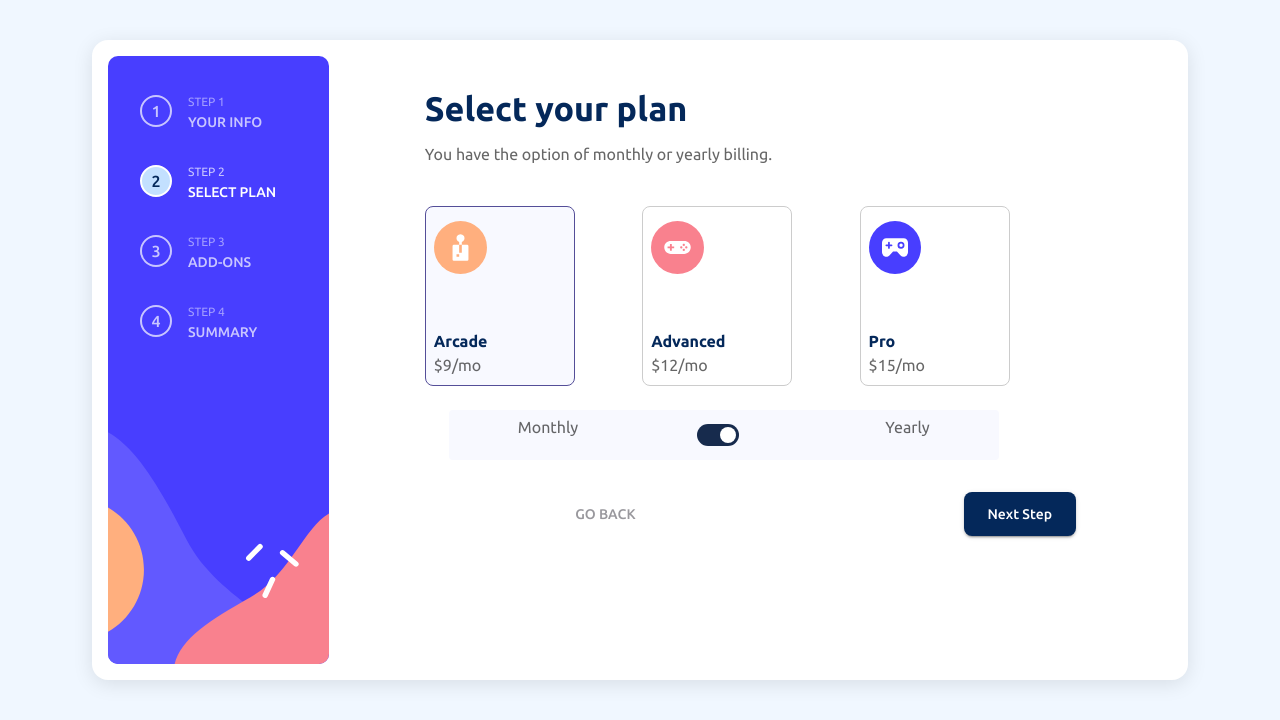
Repository: ozerrrs/chalange7days
Page: / (app in 7dayschalange/7dayschallange/), after clicking the first element matching `button.MuiButtonBase-root`
An editor plug-in stored every save of this project. The page is shown before and after the next save, followed by the edit.
The browser window is 1280 px wide. The pictures show the whole page.
The project was rebuilt for these pictures with package versions that can differ from the ones it lists, and the page was loaded fresh each time. Also part of the build but not shown: 7dayschalange/7dayschallange/vite.config.js.

Above is the page before, as saved 2025-03-06 21:24:14.

### 7dayschalange/7dayschallange/src/main.jsx
import * as React from "react";
import * as ReactDOM from "react-dom/client";
import { ThemeProvider } from "@mui/material/styles";
import { CssBaseline } from "@mui/material";
import theme from "./theme/theme";
import App from "./App";
import "./index.css";
ReactDOM.createRoot(document.getElementById("root")).render(
  <React.StrictMode>
    <ThemeProvider theme={theme}>
      <CssBaseline />
      <App />
    </ThemeProvider>
  </React.StrictMode>
);

### 7dayschalange/7dayschallange/src/theme/theme.jsx
import { createTheme } from "@mui/material/styles";

const theme = createTheme({
  typography: {
    fontFamily: "'Ubuntu', sans-serif",
    h4: {
      fontWeight: 700,
    },
    h2: {
      fontWeight: 500,
    },
  },
  components: {
    MuiCssBaseline: {
      styleOverrides: `
        body {
          background-color: #f0f7ff;
        }
      `,
    },
  },
});

export default theme;

### 7dayschalange/7dayschallange/src/App.jsx
import { Routes, Route, BrowserRouter } from "react-router-dom";
import FirstPage from "./pages/firstPage";
import "@fontsource/ubuntu/400.css"; // Regular
import "@fontsource/ubuntu/500.css"; // Medium
import "@fontsource/ubuntu/700.css"; // Bold
function App() {
  return (
    <BrowserRouter>
      <Routes>
        <Route path="/" element={<FirstPage />} />
        {/* <Route path="/about" element={<About />} />
          <Route path="/login" element={<Login />} />
          <Route path="/register" element={<Register />} /> */}
      </Routes>
    </BrowserRouter>
  );
}
export default App;

### 7dayschalange/7dayschallange/src/index.css
#root {
  height: 100vh;
  width: 100vw;
  background-color: #f0f7ff;
}

### 7dayschalange/7dayschallange/src/pages/firstPage.jsx
import React, { useState } from "react";
import {
  Box,
  TextField,
  Typography,
  Button,
  Stepper,
  Step,
  StepLabel,
  Paper,
  Container,
  Grid,
  CssBaseline,
  Radio,
  RadioGroup,
  FormControlLabel,
  FormControl,
  FormGroup,
  Switch,
} from "@mui/material";
import { styled, ThemeProvider } from "@mui/material/styles";
// Import the background image for the sidebar
import backgroundNav from "../assets/bg-sidebar-desktop.svg";
import arcadeIcon from "../assets/icon-arcade.svg";
import advancedIcon from "../assets/icon-advanced.svg";
import proIcon from "../assets/icon-pro.svg";

// Adjust the path as needed

const FormContainer = styled(Paper)(({ theme }) => ({
  padding: theme.spacing(2),
  borderRadius: 16,
  boxShadow: "0px 4px 20px rgba(0, 0, 0, 0.1)",
  display: "flex",
  overflow: "hidden",
  minWidth: 1000,
  minHeight: 640,
  margin: "0 auto",
  position: "absolute",
  top: "50%",
  left: "50%",
  transform: "translate(-50%, -50%)",
}));

const SideBar = styled(Box)(({ theme }) => ({
  padding: theme.spacing(4),
  borderRadius: "10px 10px 10px 10px",
  color: "white",
  width: 274,
  position: "relative",
  overflow: "hidden",
  background: "none",
  minHeight: 568,
}));

const ContentArea = styled(Box)(({ theme }) => ({
  paddingLeft: theme.spacing(12),
  paddingRight: theme.spacing(12),
  paddingTop: theme.spacing(4),
  paddingBottom: theme.spacing(4),
  width: "100%",
}));

const NextButton = styled(Button)(({ theme }) => ({
  backgroundColor: "#04285a",
  color: "white",
  borderRadius: 8,
  padding: "10px 24px",
  textTransform: "none", // This prevents uppercase text

  "&:hover": {
    backgroundColor: "#172b4d",
  },
}));

const StyledTextField = styled(TextField)(({ theme }) => ({
  marginBottom: theme.spacing(2),
  "& .MuiOutlinedInput-root": {
    borderRadius: "10px",
    "& fieldset": {
      borderRadius: "10px",
    },
  },
}));

const StepNumber = styled(Box)(({ theme, active }) => ({
  width: 32,
  height: 32,
  borderRadius: "50%",
  border: "2px solid white",
  display: "flex",
  alignItems: "center",
  justifyContent: "center",
  marginRight: theme.spacing(2),
  backgroundColor: active ? "#c3e0ff" : "transparent", // Blue background when active
  color: active ? "#04285a" : "white",
  fontWeight: 500,
}));

const StepItem = styled(Box)(({ theme, active }) => ({
  display: "flex",
  alignItems: "center",
  marginBottom: theme.spacing(3),
  opacity: active ? 1 : 0.7,
}));

const PlanCard = styled(Box)(({ theme, selected }) => ({
  padding: theme.spacing(1),
  borderRadius: 8,
  flex: 1,
  border: selected ? "1px solid #544e98" : "1px solid #ccc",
  backgroundColor: selected ? "#f8f9ff" : "transparent",
  cursor: "pointer",
  width: "150px",
  height: "180px",
  transition: "all 0.2s ease-in-out",
  display: "flex",
  flexDirection: "column",
  alignItems: "flex-start",
  justifyContent: "space-between",

  "&:hover": {
    borderColor: "#04285a",
  },
}));
const MonthlyYerlyCard = styled(Box)(({ theme, selected }) => ({
  padding: theme.spacing(1),
  borderRadius: 4,
  flex: 1,
  // border: selected ? "1px solid #544e98" : "1px solid #ccc",
  // backgroundColor: selected ? "#f8f9ff" : "transparent",
  backgroundColor: "#f8f9ff",
  cursor: "pointer",
  width: "550px",
  height: "50px",
  display: "flex",
  flexDirection: "row",
  alignItems: "center",
  justifyContent: "space-around",
  margin: theme.spacing(3),
}));
const CustomStyledSwitch = styled(Switch)(({ theme }) => ({
  padding: 8,
  "& .MuiSwitch-track": {
    borderRadius: 22 / 2,
    opacity: 1,
  },
  "& .MuiSwitch-thumb": {
    backgroundColor: "white",
    boxShadow: "none",
    width: 16,
    height: 16,
    margin: 2,
  },
  "& .MuiSwitch-switchBase.Mui-checked + .MuiSwitch-track": {
    backgroundColor: "#172b4d",
    opacity: 1,
  },

  "& .MuiSwitch-switchBase + .MuiSwitch-track": {
    backgroundColor: "#172b4d",
  },
}));

const steps = [
  { label: "YOUR INFO", description: "Personal details" },
  { label: "SELECT PLAN", description: "Choose your plan" },
  { label: "ADD-ONS", description: "Add extra features" },
  { label: "SUMMARY", description: "Review your order" },
];

function MultiStepForm() {
  const [activeStep, setActiveStep] = useState(0);
  const [formData, setFormData] = useState({
    name: "",
    email: "",
    phone: "",
    plan: "arcade", // Default plan
  });

  const handleInputChange = (e) => {
    const { name, value } = e.target;
    setFormData({
      ...formData,
      [name]: value,
    });
  };

  const handlePlanChange = (event) => {
    setFormData({
      ...formData,
      plan: event.target.value,
    });
  };

  const handleNext = () => {
    setActiveStep((prevActiveStep) => prevActiveStep + 1);
  };

  const handleBack = () => {
    setActiveStep((prevActiveStep) => prevActiveStep - 1);
  };

  const getStepContent = (step) => {
    switch (step) {
      case 0:
        return (
          <Box>
            <Typography
              variant="h4"
              gutterBottom
              fontWeight="bold"
              sx={{ color: "#04285a" }}
            >
              Personal info
            </Typography>
            <Typography color="textSecondary" paragraph>
              Please provide your name, email address, and phone number.
            </Typography>

            <Box mt={3}>
              <Typography fontWeight={500} mb={1} sx={{ color: "#04285a" }}>
                Name
              </Typography>
              <StyledTextField
                fullWidth
                placeholder="e.g. Stephen King"
                name="name"
                value={formData.name}
                onChange={handleInputChange}
                variant="outlined"
              />

              <Typography fontWeight={500} mb={1} sx={{ color: "#04285a" }}>
                Email Address
              </Typography>

              <StyledTextField
                fullWidth
                placeholder="e.g. stephenking@lorem.com"
                name="email"
                value={formData.email}
                onChange={handleInputChange}
                variant="outlined"
              />

              <Typography fontWeight={500} mb={1} sx={{ color: "#04285a" }}>
                Phone Number
              </Typography>

              <StyledTextField
                fullWidth
                placeholder="e.g. +1 234 567 890"
                name="phone"
                value={formData.phone}
                onChange={handleInputChange}
                variant="outlined"
                sx={{ mb: 8 }}
              />
            </Box>
          </Box>
        );
      case 1:
        return (
          <Box>
            <Typography
              variant="h4"
              gutterBottom
              fontWeight="bold"
              sx={{ color: "#04285a" }}
            >
              Select your plan
            </Typography>
            <Typography color="textSecondary" paragraph>
              You have the option of monthly or yearly billing.
            </Typography>

            <FormControl component="fieldset" sx={{ width: "100%", mt: 3 }}>
              <RadioGroup
                aria-label="plan"
                name="plan"
                value={formData.plan}
                onChange={handlePlanChange}
                sx={{ display: "flex", flexDirection: "row", gap: "1px" }}
              >
                <FormControlLabel
                  value="arcade"
                  control={<Radio sx={{ display: "none" }} />}
                  label={
                    <PlanCard selected={formData.plan === "arcade"}>
                      <img
                        src={arcadeIcon}
                        alt="background"
                        style={{
                          width: "40%",
                          height: "40%",
                          objectFit: "contain",
                        }}
                      />
                      <Box sx={{ width: "100%" }}>
                        <Typography fontWeight="bold" sx={{ color: "#04285a" }}>
                          Arcade
                        </Typography>
                        <Typography color="textSecondary">$9/mo</Typography>
                      </Box>
                    </PlanCard>
                  }
                  sx={{ margin: 0, flex: 1 }}
                />

                <FormControlLabel
                  value="advanced"
                  control={<Radio sx={{ display: "none" }} />}
                  label={
                    <PlanCard selected={formData.plan === "advanced"}>
                      <img
                        src={advancedIcon}
                        alt="background"
                        style={{
                          width: "40%",
                          height: "40%",
                          objectFit: "contain",
                        }}
                      />
                      <Box sx={{ width: "100%" }}>
                        <Typography fontWeight="bold" sx={{ color: "#04285a" }}>
                          Advanced
                        </Typography>
                        <Typography color="textSecondary">$12/mo</Typography>
                      </Box>
                    </PlanCard>
                  }
                  sx={{ margin: 0, flex: 1 }}
                />

                <FormControlLabel
                  value="pro"
                  control={<Radio sx={{ display: "none" }} />}
                  label={
                    <PlanCard selected={formData.plan === "pro"}>
                      <img
                        src={proIcon}
                        alt="background"
                        style={{
                          width: "40%",
                          height: "40%",
                          objectFit: "contain",
                        }}
                      />
                      <Box sx={{ width: "100%" }}>
                        <Typography fontWeight="bold" sx={{ color: "#04285a" }}>
                          Pro
                        </Typography>
                        <Typography color="textSecondary">$15/mo</Typography>
                      </Box>
                    </PlanCard>
                  }
                  sx={{ margin: 0, flex: 1 }}
                />
              </RadioGroup>
            </FormControl>
            <Box>
              <MonthlyYerlyCard>
                <Typography color="textSecondary" paragraph>
                  Monthly
                </Typography>

                <FormControlLabel
                  control={<CustomStyledSwitch defaultChecked />}
                />
                <Typography color="textSecondary" paragraph>
                  Yearly
                </Typography>
              </MonthlyYerlyCard>
            </Box>
          </Box>
        );
      case 2:
        return (
          <Box>
            <Typography
              variant="h4"
              gutterBottom
              fontWeight="bold"
              sx={{ color: "#04285a" }}
            >
              Pick add-ons
            </Typography>
            <Typography color="textSecondary" paragraph>
              Add-ons help enhance your gaming experience.
            </Typography>
          </Box>
        );
      case 3:
        return (
          <Box>
            <Typography
              variant="h4"
              gutterBottom
              fontWeight="bold"
              sx={{ color: "#04285a" }}
            >
              Summary
            </Typography>
            <Typography color="textSecondary" paragraph>
              Please confirm your selections.
            </Typography>
            <Box sx={{ mt: 2, p: 2, bgcolor: "#f8f9ff", borderRadius: 2 }}>
              <Typography fontWeight="bold" sx={{ color: "#04285a" }}>
                Selected Plan:{" "}
                {formData.plan.charAt(0).toUpperCase() + formData.plan.slice(1)}
              </Typography>
            </Box>
          </Box>
        );
      default:
        return "Unknown step";
    }
  };

  return (
    <FormContainer>
      <SideBar>
        <Box
          sx={{
            position: "absolute",
            top: 0,
            left: 0,
            width: "100%",
            height: "100%",
            zIndex: 0,
          }}
        >
          <img
            src={backgroundNav}
            alt="background"
            style={{ width: "100%", height: "100%", objectFit: "cover" }}
          />
        </Box>
        <Box sx={{ position: "relative", zIndex: 1 }}>
          {steps.map((step, index) => (
            <StepItem key={index} active={activeStep === index}>
              <StepNumber active={activeStep === index}>{index + 1}</StepNumber>

              <Box>
                <Typography variant="caption" sx={{ opacity: 0.7 }}>
                  STEP {index + 1}
                </Typography>
                <Typography variant="subtitle2">{step.label}</Typography>
              </Box>
            </StepItem>
          ))}
        </Box>
      </SideBar>

      <ContentArea>
        {getStepContent(activeStep)}

        <Box sx={{ display: "flex", justifyContent: "flex-end", mt: 4 }}>
          {activeStep !== 0 && (
            <Button onClick={handleBack} sx={{ mr: 40, color: "#99989d" }}>
              Go Back
            </Button>
          )}
          <NextButton variant="contained" onClick={handleNext}>
            Next Step
          </NextButton>
        </Box>
      </ContentArea>
    </FormContainer>
  );
}

export default MultiStepForm;

Loaded but not shown: 7dayschalange/7dayschallange/index.html (common file)

After the next save:
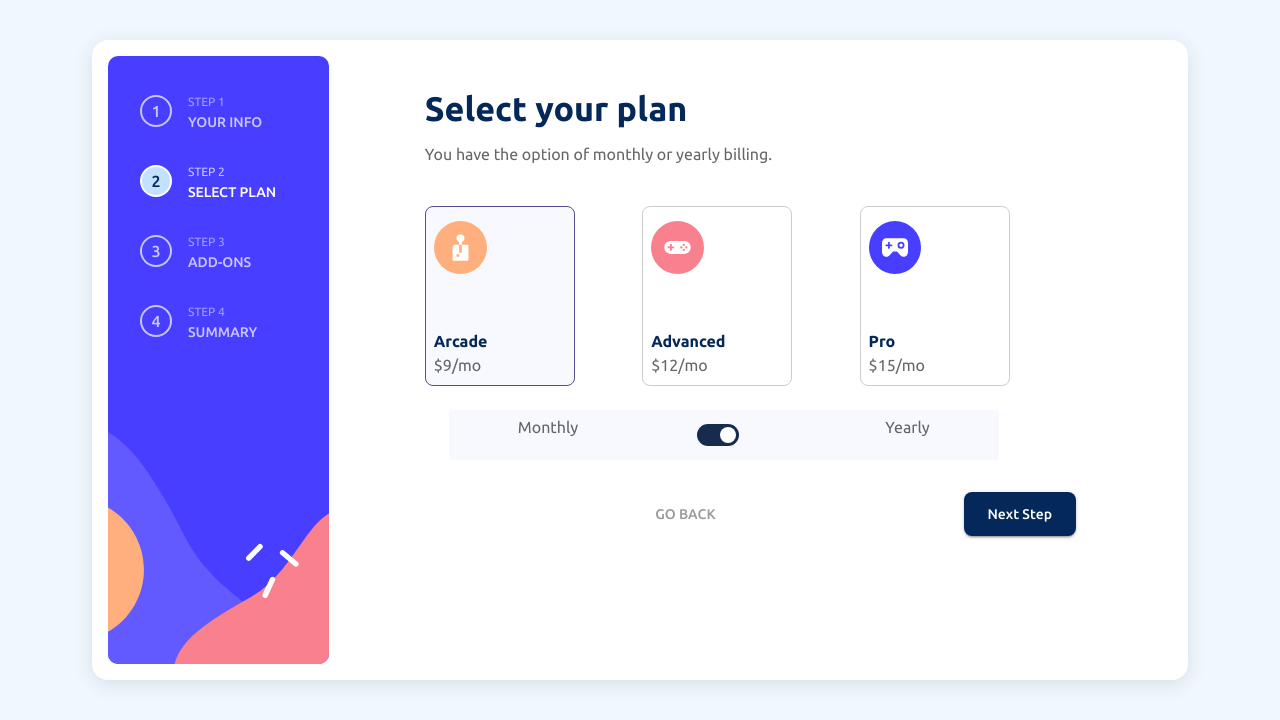
Saved 17 s later.
--- a/7dayschalange/7dayschallange/src/pages/firstPage.jsx
+++ b/7dayschalange/7dayschallange/src/pages/firstPage.jsx
@@ -458,7 +458,7 @@
 
         <Box sx={{ display: "flex", justifyContent: "flex-end", mt: 4 }}>
           {activeStep !== 0 && (
-            <Button onClick={handleBack} sx={{ mr: 40, color: "#99989d" }}>
+            <Button onClick={handleBack} sx={{ mr: 30, color: "#99989d" }}>
               Go Back
             </Button>
           )}

After the save that followed:
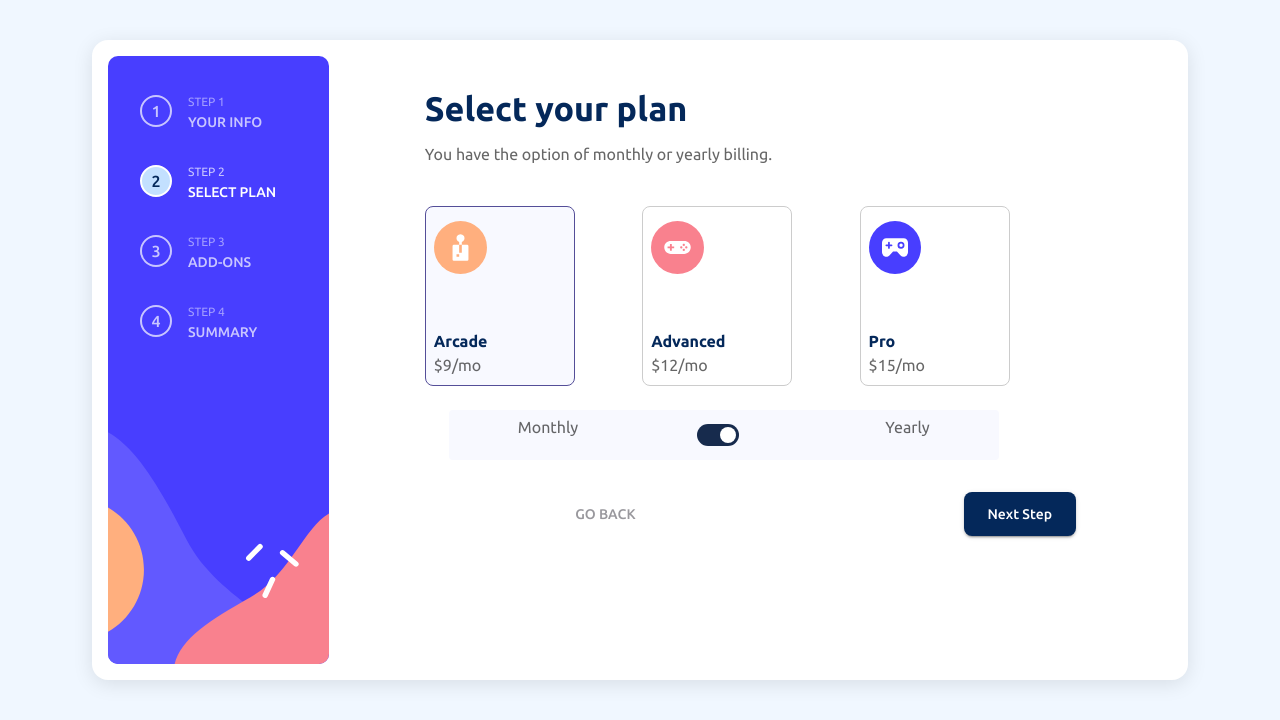
Saved 9 s later.
--- a/7dayschalange/7dayschallange/src/pages/firstPage.jsx
+++ b/7dayschalange/7dayschallange/src/pages/firstPage.jsx
@@ -458,7 +458,7 @@
 
         <Box sx={{ display: "flex", justifyContent: "flex-end", mt: 4 }}>
           {activeStep !== 0 && (
-            <Button onClick={handleBack} sx={{ mr: 30, color: "#99989d" }}>
+            <Button onClick={handleBack} sx={{ mr: 40, color: "#99989d" }}>
               Go Back
             </Button>
           )}
